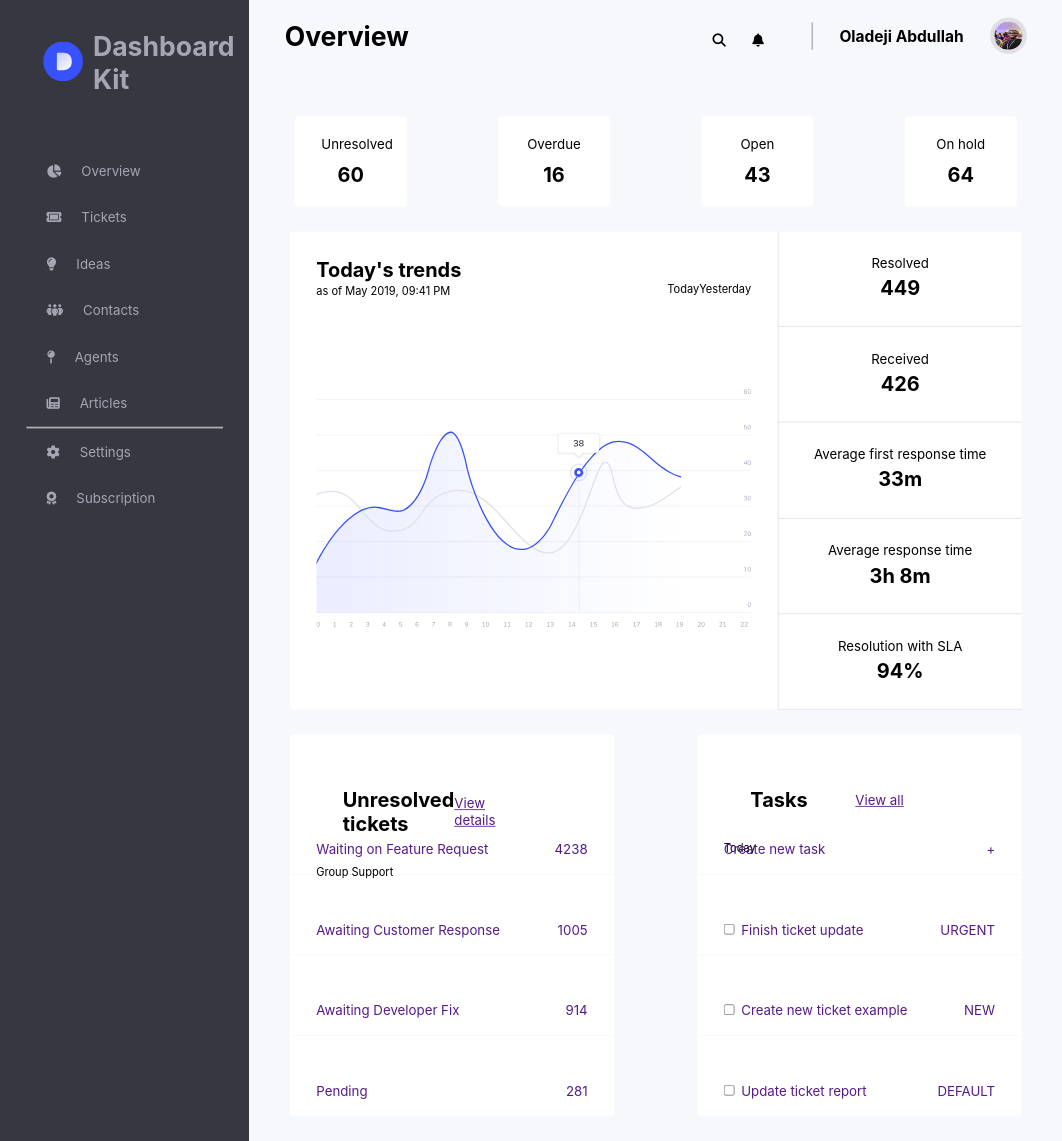
Repository: BuduCE/dashboard
Page: /
These files come from the project's save history. The page is drawn as it stood at one moment and after a run of saves; the edit follows.
The browser window is 1280 px wide. The pictures show the whole page, at 83% of full size.
Some web libraries are served in a nearby version. The project was rebuilt for these pictures with package versions that can differ from the ones it lists, and the page was loaded fresh each time. Also part of the build but not shown: src/pages/Tickets/index.jsx.

Above is the page before, as saved 2022-08-05 23:58:10.

### public/index.html
<!DOCTYPE html>
<html lang="en">
  <head>
    <meta charset="utf-8" />
    <link rel="icon" href="%PUBLIC_URL%/favicon.ico" />
    <meta name="viewport" content="width=device-width, initial-scale=1" />
    <meta name="theme-color" content="#000000" />
    <meta
      name="description"
      content="Web site created using create-react-app"
    />
    <link rel="apple-touch-icon" href="%PUBLIC_URL%/logo192.png" />
    <!--
      manifest.json provides metadata used when your web app is installed on a
      user's mobile device or desktop. See https://developers.google.com/web/fundamentals/web-app-manifest/
    -->
    <link rel="manifest" href="%PUBLIC_URL%/manifest.json" />
    <!--
      Notice the use of %PUBLIC_URL% in the tags above.
      It will be replaced with the URL of the `public` folder during the build.
      Only files inside the `public` folder can be referenced from the HTML.

      Unlike "/favicon.ico" or "favicon.ico", "%PUBLIC_URL%/favicon.ico" will
      work correctly both with client-side routing and a non-root public URL.
      Learn how to configure a non-root public URL by running `npm run build`.
    -->

    <!-- Font-Awesome  -->
    <link
      rel="stylesheet" href="https://cdnjs.cloudflare.com/ajax/libs/font-awesome/6.1.1/css/all.min.css" integrity="sha512-KfkfwYDsLkIlwQp6LFnl8zNdLGxu9YAA1QvwINks4PhcElQSvqcyVLLD9aMhXd13uQjoXtEKNosOWaZqXgel0g==" crossorigin="anonymous" referrerpolicy="no-referrer"
    />
    <title>Admin Dashboard</title>
  </head>
  <body>
    <noscript>You need to enable JavaScript to run this app.</noscript>
    <div id="root"></div>
    <!--
      This HTML file is a template.
      If you open it directly in the browser, you will see an empty page.

      You can add webfonts, meta tags, or analytics to this file.
      The build step will place the bundled scripts into the <body> tag.

      To begin the development, run `npm start` or `yarn start`.
      To create a production bundle, use `npm run build` or `yarn build`.
    -->
  </body>
</html>

### src/index.css
* {
  margin: 0;
  padding: 0;
  box-sizing: border-box;
}
body {
  margin: 0;
  font-family: -apple-system, BlinkMacSystemFont, 'Segoe UI', 'Roboto', 'Oxygen',
    'Ubuntu', 'Cantarell', 'Fira Sans', 'Droid Sans', 'Helvetica Neue',
    sans-serif;
  -webkit-font-smoothing: antialiased;
  -moz-osx-font-smoothing: grayscale;
  background: rgba(54, 55, 64, 1);
}

code {
  font-family: source-code-pro, Menlo, Monaco, Consolas, 'Courier New',
    monospace;
}

### src/App.js
import './App.css';
// import Overview from './pages/Overview';
// import Header from './components/common/Header';
import Sidenav from './components/common/SideNav';
// import Login from './pages/Login';

function App() {
  return (
    <div className="App">
      <Sidenav />
      {/* <Login /> */}
    </div>
  );
}

export default App;

### src/components/common/SideNav/index.jsx
import React from 'react'
import Overview from '../../../pages/Overview'
import Tickets from '../../../pages/Tickets'
import Header from '../Header'
import Logo from '../Logo'
import './styles.css'

const Sidenav = () => {
  return (
    <div className='dashboard'>
        <div className="navbar">
            <div className="logo">
                <Logo />
                <h1>Dashboard Kit</h1>
            </div>
            <div className="heading">
                <i className='fas fa-chart-pie'></i>
                <p>Overview</p>
            </div>
            <div className="heading">
                <i className='fas fa-ticket'></i>
                <p>Tickets</p>
            </div>
            <div className="heading">
                <i className='fas fa-lightbulb'></i>
                <p>Ideas</p>
            </div>
            <div className="heading">
                <i className='fas fa-people-group'></i>
                <p>Contacts</p>
            </div>
            <div className="heading">
                <i className='fas fa-map-pin'></i>
                <p>Agents</p>
            </div>
            <div className="heading">
                <i className='fas fa-newspaper'></i>
                <p>Articles</p>
            </div>
            <hr />
            <div className="heading">
                <i className='fas fa-gear'></i>
                <p>Settings</p>
            </div>
            <div className="heading">
                <i className='fas fa-award'></i>
                <p>Subscription</p>
            </div>

        </div>
        <div className="info">
            {/* <Header /> */}
            <Overview />
            {/* <Tickets /> */}
        </div>
    </div>
  )
}

export default Sidenav

### src/pages/Overview/index.jsx
import React from 'react'
import './styles.css'
import TrendMap from './graph.svg'
import Header from '../../components/common/Header'

const Overview = () => {
  return (
    <>
        <Header />
        <div className='overview_pg'>
            {/* Specific status */}
            <div className="overview_stat">
                <div className="overview_info">
                    <p>Unresolved</p>
                    <h2>60</h2>
                </div>
                <div className="overview_info">
                    <p>Overdue</p>
                    <h2>16</h2>
                </div>
                <div className="overview_info">
                    <p>Open</p>
                    <h2>43</h2>
                </div>
                <div className="overview_info">
                    <p>On hold</p>
                    <h2>64</h2>
                </div>
            </div>

            {/* Today's trend */}
            <div className="trends">
                <div className="trends_head">
                    <div className="trends_headT">
                        <div className="trend_title">
                            <h2>Today's trends</h2>
                        </div>
                        <div className="trend_title_stat">
                            <div className="trend_date">
                                <small>as of May 2019, 09:41 PM</small>
                            </div>
                            <div className="trend_day">
                                <small>Today</small>
                                <small>Yesterday</small>
                            </div>
                        </div>
                    </div>

                    <div className="trends_headB">
                        <img src={TrendMap} alt="Trend Chart" />
                    </div>
                </div>

                <div className="trends_summary">
                    <div className="summary_type">
                        <p>Resolved</p>
                        <h2>449</h2>
                    </div>
                    <div className="summary_type">
                        <p>Received</p>
                        <h2>426</h2>
                    </div>
                    <div className="summary_type">
                        <p>Average first response time</p>
                        <h2>33m</h2>
                    </div>
                    <div className="summary_type">
                        <p>Average response time</p>
                        <h2>3h 8m</h2>
                    </div>
                    <div className="summary_type">
                        <p>Resolution with SLA</p>
                        <h2>94%</h2>
                    </div>
                </div>
            </div>

            <div className="ticket_n_task">
                <div className="ticket">
                    <div className="ticket_head">
                        <div className="ticket_title">
                            <h2>Unresolved tickets</h2>
                            <a href="">View details</a>
                        </div>
                        <small>Group Support</small>
                    </div>
                    <div className="ticket_list">
                        <a href="">
                            <p>Waiting on Feature Request</p>
                            <p>4238</p>
                        </a>
                        <a href="">
                            <p>Awaiting Customer Response</p>
                            <p>1005</p>
                        </a>
                        <a href="">
                            <p>Awaiting Developer Fix</p>
                            <p>914</p>
                        </a>
                        <a href="">
                            <p>Pending</p>
                            <p>281</p>
                        </a>
                    </div>
                </div>

                <div className="task">
                    <div className="ticket_head">
                        <div className="ticket_title">
                            <h2>Tasks</h2>
                            <a href="">View all</a>
                        </div>
                        <small>Today</small>
                    </div>

                    <div className="ticket_list">
                        <a href="">
                            <p>Create new task</p>
                            <p>+</p>
                        </a>
                        <a href="">
                            <div className='task_todo'>
                                <input type="checkbox" name="" id="" />
                                <label htmlFor="">Finish ticket update</label>
                            </div>

                            <p>URGENT</p>
                        </a>
                        <a href="">
                            <div className='task_todo'>
                                <input type="checkbox" name="" id="" />
                                <label htmlFor="">Create new ticket example</label>
                            </div>

                            <p>NEW</p>
                        </a>
                        <a href="">
                            <div className='task_todo'>
                                <input type="checkbox" name="" id="check" />
                                <label htmlFor="">Update ticket report</label>
                            </div>

                            <p>DEFAULT</p>
                        </a>
                    </div>
                </div>
            </div>
        </div>
    </>
  )
}

export default Overview

### src/components/common/Header/index.jsx
import React from 'react'
import './styles.css'
import budu from './budu.jpg'

const Header = () => {
  return (
    <div className='head_er'>
        <div className="headerL">
            <h1>Overview</h1>
        </div>
        <div className="headerR">
            <i className='fas fa-magnifying-glass icon'></i>
            <i className='fas fa-bell icon bell'></i>
            <h3>Oladeji Abdullah</h3>
            <img src={budu} alt="" />
        </div>
    </div>
  )
}

export default Header

### src/components/common/Logo/index.jsx
import React from 'react'
import companyLogo from './logo.svg'

const Logo = () => {
  return (
    <div>
        <img src={companyLogo} alt="" />
    </div>
  )
}

export default Logo

### src/components/common/SideNav/styles.css
.dashboard{
    display: grid;
    grid-template-columns: 1fr 5fr;
}
.navbar{
    padding: 37px 32px;
    color: #A4A6B3;
}
.logo{
    display: flex;
    padding: 20px 20px;
    padding-bottom: 63px;
    padding-top: 0;
    align-items: center;
}
.logo h1{
    margin-left: 12px;
    width: 8.5rem;
}
.heading{
    width: 100%;
    display: flex;
    padding: 18px 24px;
    align-items: center;
}
.heading p{
    margin-left: 24px;
}
.heading:hover{
    border-left: 1px solid #fff;
    color: #fff;
}
.info{
    background: #F7F8FC;
    /* height: 100vh; */
}

### src/pages/Overview/styles.css
.overview_pg{
    margin-top: 54px;
}
.overview_stat{
    display: grid;
    grid-template-columns: 1fr 1fr 1fr 1fr;
    /* justify-content: space-evenly; */
    width: 100%;
}
.overview_info{
    display: flex;
    flex-direction: column;
    text-align: center;
    /* border: 1px solid; */
    border-radius: 5px;
    padding: 24px 32px;
    background: #fff;
    box-shadow: 15px;
    width: 55%;
    margin: auto;
}
.overview_info:hover{
    color: blue;
    border: 1px blue solid;
}
.overview_info p{
    padding-bottom: 12px;
}

/* trend  */
.trends{
    width: 90%;
    background: #fff;
    margin: auto;
    border-radius: 5px;
    height: 80vh;
    margin-top: 30px;
    display: grid;
    grid-template-columns: 2fr 1fr;
    margin-top: 30px;
}
.trends_head{
    padding: 32px;
}
.trend_title_stat{
    display: flex;
    justify-content: space-between;
}
.trend_day{
    display: flex;
    justify-content: space-evenly;
}
.trends_headB img{
    width: 100%;
    margin-top: 54px;
    height: 55vh;
}

/* summary  */
.trends_summary{
    display: grid;
    grid-template-rows: 1fr 1fr 1fr 1fr 1fr;
}
.summary_type{
    padding: 28px;
    border-left: 1px solid #dfe0e5;
    border-bottom: 1px solid #dfe0e5;
    text-align: center;
}
.summary_type p{
    margin-bottom: 6px;
}

/* Tickets */
.ticket_n_task{
    display: grid;
    grid-template-columns: 1fr 1fr;
    width: 90%;
    margin: auto;
    margin-top: 30px;
    margin-bottom: 30px;
}
.ticket{
    margin-right: 50px;
}
.task{
    margin-left: 50px;
}
.ticket,.task{
    border-radius: 5px;
    background: #fff;
}
.ticket_head{
    padding: 32px;
    margin-bottom: 8px;
    width: 80%;
    height: 10vh;
}
.ticket_title{
    display: flex;
    justify-content: space-between;
    align-items: center;
}
.ticket_list a{
    text-decoration: none;
    display: flex;
    justify-content: space-between;
    align-items: center;
    padding: 20px 32px;
    border-bottom: 1px solid #F7F8FC;
    margin-top: 36px;
    align-items: center;
}
.task_todo{
    align-items: center;
}
.task_todo label{
    margin-left: 8px;
}

### src/pages/Tickets/styles.css
.ticket_pg{
    background: #fff;
    border-radius: 5px;
    height: 96vh;
    width: 95%;
    margin: auto;
    margin-top: 54px;
}
.ticket_title{
    display: flex;
    justify-content: space-between;
    padding: 32px;
}
.titleR, .titleR_icon{
    display: flex;
    justify-content: space-between;
    align-items: center;
    margin-left: 32px;
}
.titleR_icon p{
    margin-left: 8px;
}
/* .tab_head{
    display: grid;
    grid-template-columns: 3fr 2fr 2fr 1fr;
    margin: auto;
    padding: 0 77px 12px 31px;
    border-bottom: 1px solid #dfe0e5;
} */
.tab_info{
    display: grid;
    grid-template-columns: 3fr 2fr 2fr 1fr;
    margin: auto;
    padding: 24px 31px;
    border-bottom: 1px solid #dfe0e5;
}
.tab_info:hover{
    background: #F7F8FC;
}
.info_title{
    display: grid;
    grid-template-columns: 1fr 7fr;
}
.info_title img{
    width: 44px;
    height: 44px;
    border: 5px solid #dfe0e5;
    border-radius: 50%;
}
.ticket_tab{
    margin: auto;
}
.info_status{
    display: flex;
    /* grid-template-columns: 1fr 1fr; */
    justify-content: space-between;
    align-items: center;
}
.info_status button{
    padding: 5px 20px;
    border-radius: 40%;
    background: red;
    color: #fff;
    border: none;
}

### src/components/common/Header/styles.css
.head_er{
    display: flex;
    justify-content: space-between;
    width: 100%;
    height: 10vh;
    padding: 43px 43px;
    align-items: center;
}
.headerR{
    display: flex;
    justify-content: space-between;
    align-items: center;
}
.icon{
    width: 16px;
    height: 16px;
    padding: 5px 24px;
}
.bell{
    padding-right: 72px;
}
.headerR h3{
    padding: 5px 32px;
    border-left: 1px solid grey;
}
.headerR img{
    width: 44px;
    height: 44px;
    border-radius: 50%;
    border: 5px solid #dfe0e5;
}

Loaded but not shown: src/index.js (common file); src/reportWebVitals.js (common file); src/App.css (common file)

After the next 2 saves:
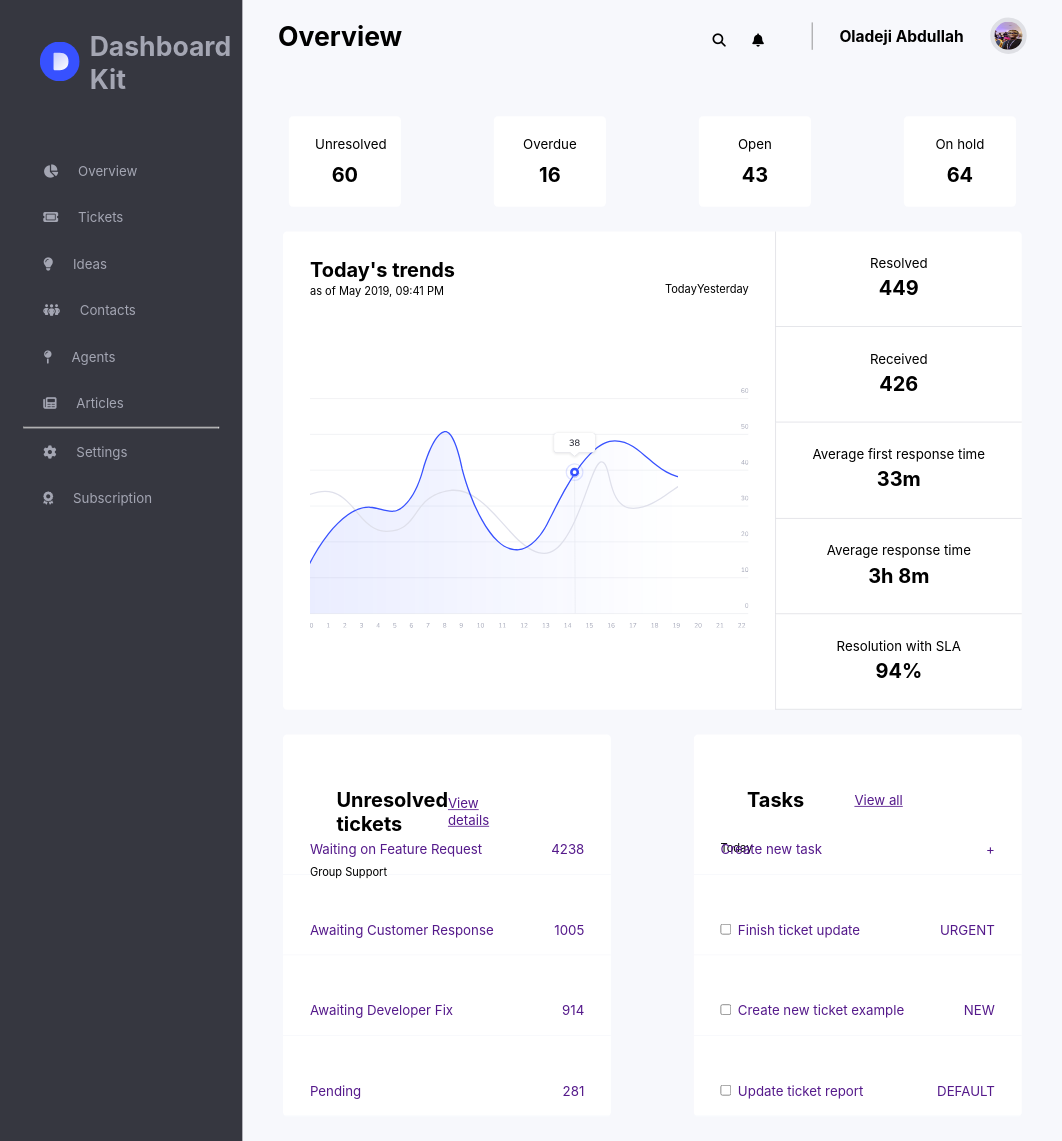
The 2 saves are shown as one change because they came seconds apart.
The last was saved 30 s later.
--- a/src/components/common/SideNav/styles.css
+++ b/src/components/common/SideNav/styles.css
@@ -3,7 +3,7 @@
     grid-template-columns: 1fr 5fr;
 }
 .navbar{
-    padding: 37px 32px;
+    padding: 37px 28px;
     color: #A4A6B3;
 }
 .logo{
